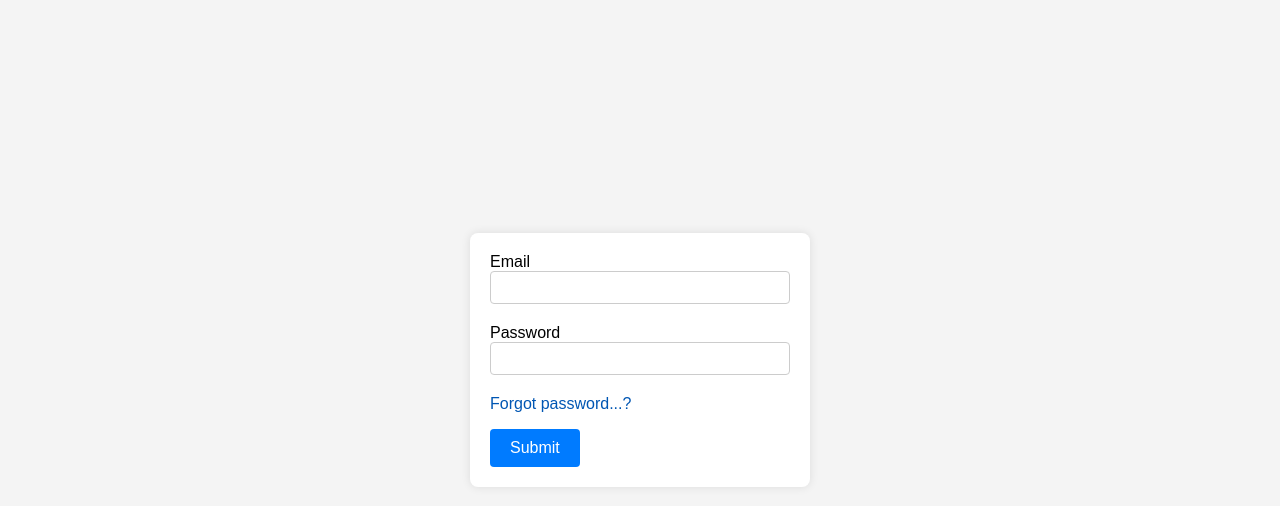
Repository: Ndifoinhilary/authentication
Page: http://localhost/auth/login/
The author's editor kept a copy of each file at every save. The page is drawn from the files as they stood at one save, then again after the next save.
The browser window is 1280 px wide. The pictures show the whole page.
The page is served by the project's application, run on Django 3.2 (manage.py). Other server files are loaded and not shown.

Above is the page before, as saved 2024-01-05 19:26:05.

### Auth/templates/login.html
<!DOCTYPE html>
<html lang="en">

<head>
    <meta charset="UTF-8">
    <meta name="viewport" content="width=device-width, initial-scale=1.0">
    <style>
        body {
            font-family: 'Arial', sans-serif;
            background-color: #f4f4f4;
            margin: 0;
            padding: 0;
            display: flex;
            justify-content: center;
            align-items: center;
            height: 100vh;
        }

        form {
            background-color: #fff;
            padding: 20px;
            border-radius: 8px;
            box-shadow: 0 0 10px rgba(0, 0, 0, 0.1);
            width: 300px;
        }

        .input {
            margin-bottom: 20px;
        }

        .label {
            display: block;
            margin-bottom: 5px;
            font-weight: bold;
        }

        .form-control {
            width: 100%;
            padding: 8px;
            border: 1px solid #ccc;
            border-radius: 4px;
            box-sizing: border-box;
        }

        .mb-4 {
            margin-bottom: 16px;
        }

        .btn {
            background-color: #007bff;
            color: #fff;
            padding: 10px 20px;
            border: none;
            border-radius: 4px;
            cursor: pointer;
            font-size: 16px;
            margin-top: 1rem;
            align-items: center;
            display: flex;
            justify-content: center;
            justify-items: center;
        }

        .btn:hover {
            background-color: #0056b3;
        }
        a{
           display: block;
           text-decoration: none;
           color: #0056b3;
           text-align: left;
        }
    </style>
</head>

<body>
    <form action="{% url 'login'  %}" class="form-border" method="POST">
        {% csrf_token %}
        <div class="input">
         <lable class="lable">Email</lable>
         <input type="email" name="email" class="form-control mb4">
        </div>
        <div class="input">
            <lable class="lable">Password</lable>
            <input type="password" name="password" class="form-control mb4">
           </div>
           <a href="#"> Forgot password...?  </a>
         <button type="submit" class="btn">Submit</button>

    </form>

</body>

</html>

### Auth/views.py
# pylint: disable=unused-argument
from django.shortcuts import render, redirect
from django.contrib import messages
from django.contrib.auth import authenticate, login, logout
from django.urls import reverse_lazy, reverse
from django.views.generic import FormView
from Auth.forms import RegistrationForm
from Auth.models import User

# Create your views here.


def homePage(request):
    user = request.user
    return render(request, "home.html", {"user": user})


def registerUser(request):
    form = RegistrationForm()

    if request.method == "POST":
        form = RegistrationForm(request.POST)
        if form.is_valid():
            user = form.save(commit=False)
            user.email = user.email.lower()
            new_user = user.save()
            new_user = authenticate(
                request,
                email=form.cleaned_data["email"],
                password=form.cleaned_data["password"],
            )
            check = new_user is not None
            if check:
                login(request, user)
                return redirect("home")
        else:
            messages.error(request, "Invalid form check your data")
    return render(request, "register.html", {"form": form})


def loginUser(request):
    if request.method == "POST":
        email = request.POST.get("email")
        password = request.POST.get("password")
        try:
            user = User.objects.get(email=email)
        except:
            messages.error(request, "Invalid form check your data")
        user = authenticate(request, email=email, password=password)
        check = user is not None and user.check_password(password)
        if check:
            login(request, user)
            return redirect("home")

    return render(request, "login.html")


def logoutUser(request):
    logout(request)
    return redirect("home")

### authentication/urls.py
from django.contrib import admin
from django.urls import path, include
from django.conf import settings
from django.conf.urls.static import static

urlpatterns = [path("admin/", admin.site.urls), path("", include("Auth.urls"))]


urlpatterns += static(settings.MEDIA_URL, document_root=settings.MEDIA_ROOT)
urlpatterns += static(settings.STATIC_URL, document_root=settings.MEDIA_ROOT)

### Auth/urls.py
# pylint: disable=trailing-whitespace
from django.urls import path

from . import views


urlpatterns = [
    path("", views.homePage, name="home"),
    path("auth/login/", views.loginUser, name="login"),
    path("auth/register/", views.registerUser, name="register"),
    path("auth/logout/", views.logoutUser, name="logout"),
]

After the next save:
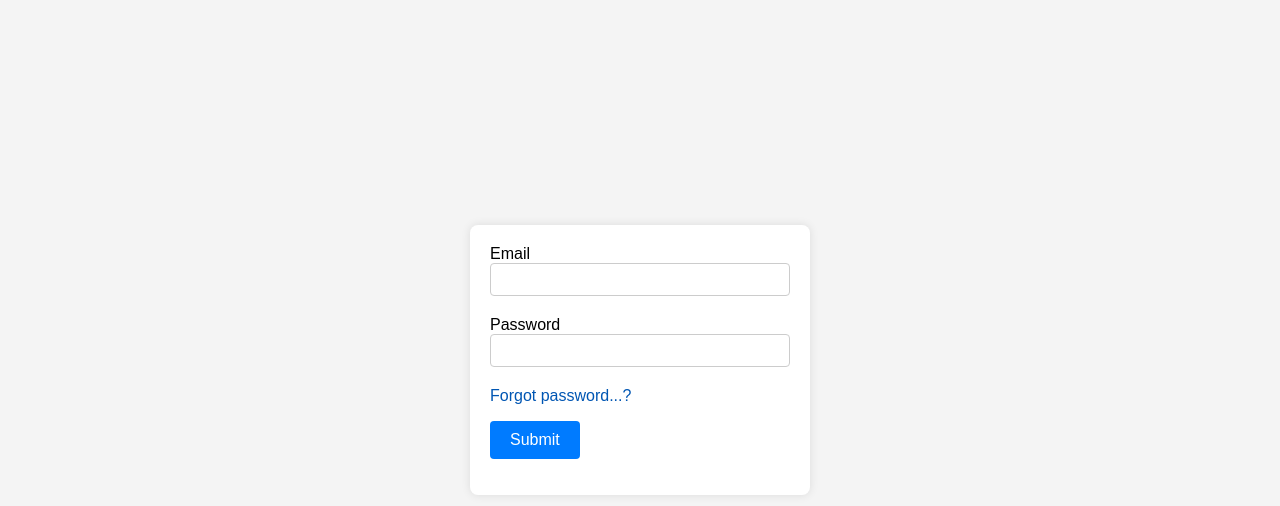
Saved 29 s later.
--- a/Auth/templates/login.html
+++ b/Auth/templates/login.html
@@ -54,11 +54,8 @@
             border-radius: 4px;
             cursor: pointer;
             font-size: 16px;
-            margin-top: 1rem;
-            align-items: center;
-            display: flex;
-            justify-content: center;
-            justify-items: center;
+            margin: 1rem auto;
+
         }
 
         .btn:hover {
